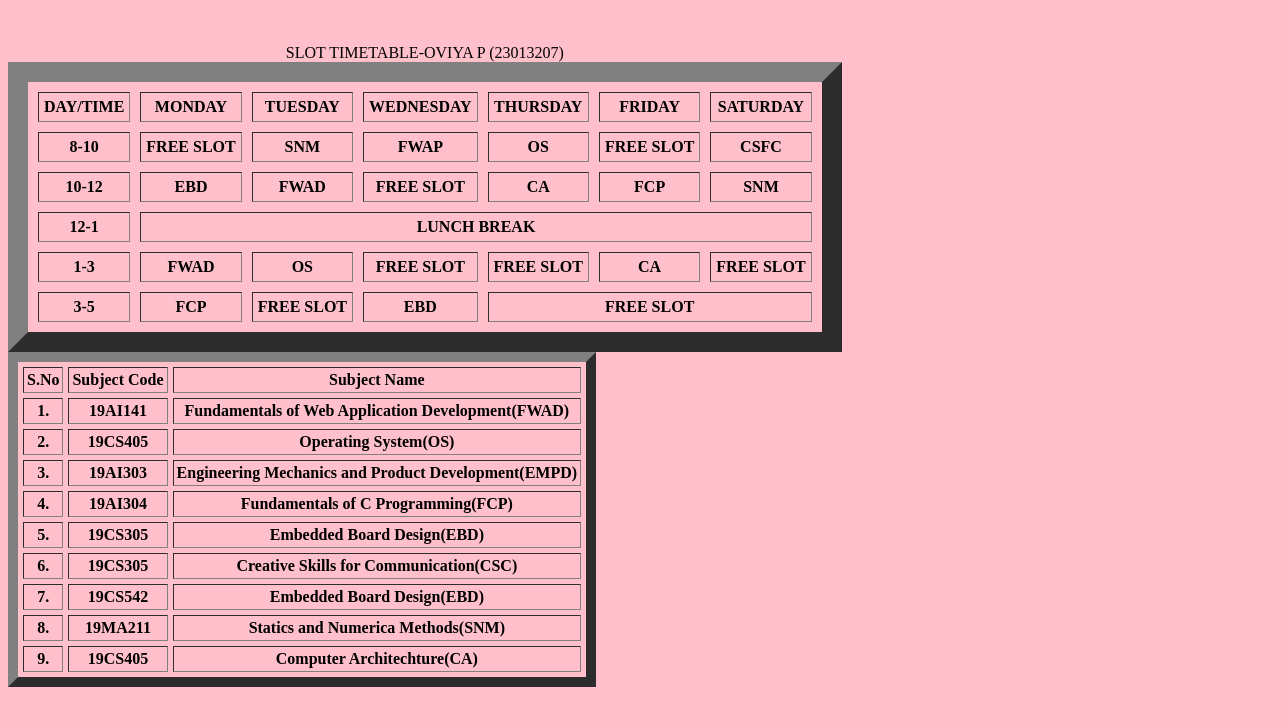
Repository: Oviya24032K6/slot
Page: oviya/static/time.html
The author's editor kept a copy of each file at every save. The page is drawn from the files as they stood at one save, then again after the next save.
The browser window is 1280 px wide. The pictures show the whole page.

Above is the page before, as saved 2024-03-13 15:36:24.

### oviya/static/time.html
<html>
    <head>
        <title>SLOT TIMETABLE-OVIYA P (23013207)</title>
    </head>
    <body bgcolor="pink" align="center" >
    <table align="left" border="20" cellspacing="10" cellpadding="5">
    <caption>SLOT TIMETABLE-OVIYA P (23013207)</caption>
        <tr>
            <th>DAY/TIME</th>
            <th>MONDAY</th>
            <th>TUESDAY</th>
            <th>WEDNESDAY</th>
            <th>THURSDAY</th>
            <th>FRIDAY</th>
            <th>SATURDAY</th>
        </tr>
        <tr>
            <th>8-10</th>
            <th>FREE SLOT</th>
            <th>SNM</th>
            <th>FWAP</th>
            <th>OS</th>
            <th>FREE SLOT</th>
            <th>CSFC</th>
        </tr>
        <tr>
            <th>10-12</th>
            <th>EBD</th>
            <th>FWAD</th>
            <th>FREE SLOT</th>
            <th>CA</th>
            <th>FCP</th>
            <th>SNM</th>
        </tr>
        <tr>
            <th>12-1</th>
            <th colspan="6">LUNCH BREAK</th>
        </tr>
        <tr>
            <th>1-3</th>
            <th>FWAD</th>
            <th>OS</th>
            <th>FREE SLOT</th>
            <th>FREE SLOT</th>
            <th>CA</th>
            <th>FREE SLOT</th>
        </tr>
        <tr>
            <th>3-5</th>
            <th>FCP</th>
            <th>FREE SLOT</th>
            <th>EBD</th>
            <th colspan="4">FREE SLOT</th>
        </tr>
    <br>
    <br>
    <table align="left" border="10" cellspacing="5" cellpadding="3">
        <tr>
            <th>S.No</th>
            <th>Subject Code</th>
            <th>Subject Name</th>
        </tr>
        <tr>
            <th>1.</th>
            <th>19AI141</th>
            <th>Fundamentals of Web Application Development(FWAD)</th>
        </tr>
        <tr>
            <th>2.</th>
            <th>19CS405</th>
            <th>Operating System(OS)</th>
        </tr>
        <tr>
            <th>3.</th>
            <th>19AI303</th>
            <th>Engineering Mechanics and Product Development(EMPD)</th>
        </tr>
        <tr>
            <th>4.</th>
            <th>19AI304</th>
            <th>Fundamentals of C Programming(FCP)</th>
        </tr>
        <tr>
            <th>5.</th>
            <th>19CS305</th>
            <th>Embedded Board Design(EBD)</th>
        </tr>
        <tr>
            <th>6.</th>
            <th>19CS305</th>
            <th>Creative Skills for Communication(CSC)</th>
        </tr>
        <tr>
            <th>7.</th>
            <th>19CS542</th>
            <th>Embedded Board Design(EBD)</th>
        </tr>
        <tr>
            <th>8.</th>
            <th>19MA211</th>
            <th>Statics and Numerica Methods(SNM)</th>
        </tr>
        <tr>
            <th>9.</th>
            <th>19CS405</th>
            <th>Computer Architechture(CA)</th>
        </tr>
    </table>
</html>
</html>

After the next save:
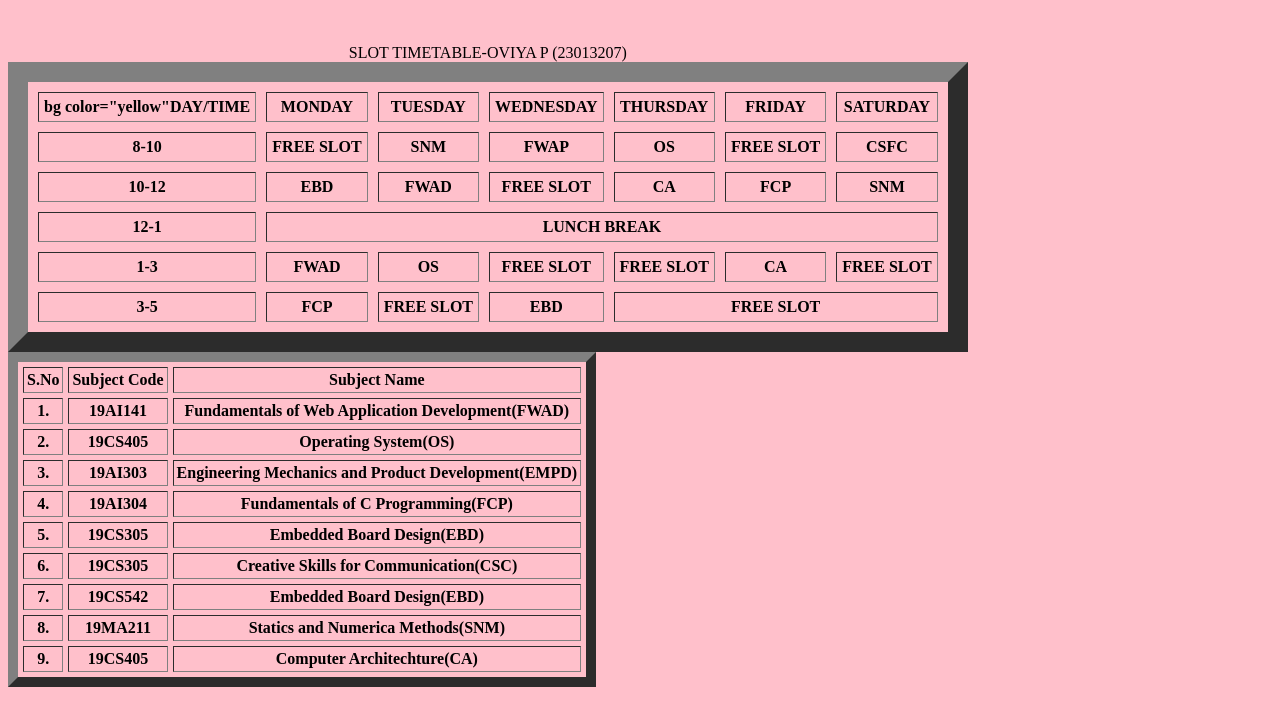
Saved 110 min 29 s later.
--- a/oviya/static/time.html
+++ b/oviya/static/time.html
@@ -6,7 +6,7 @@
     <table align="left" border="20" cellspacing="10" cellpadding="5">
     <caption>SLOT TIMETABLE-OVIYA P (23013207)</caption>
         <tr>
-            <th>DAY/TIME</th>
+            <th>bg color="yellow"DAY/TIME</th>
             <th>MONDAY</th>
             <th>TUESDAY</th>
             <th>WEDNESDAY</th>

After the save that followed:
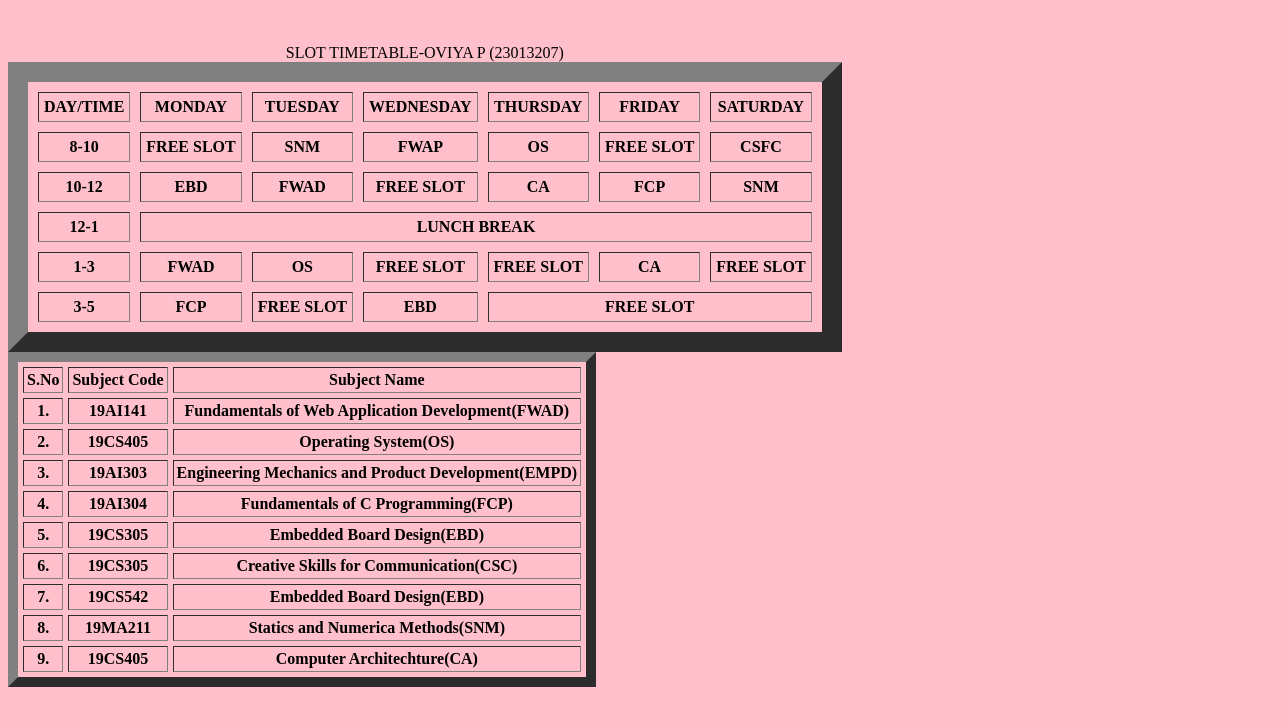
Saved 35 s later.
--- a/oviya/static/time.html
+++ b/oviya/static/time.html
@@ -6,7 +6,7 @@
     <table align="left" border="20" cellspacing="10" cellpadding="5">
     <caption>SLOT TIMETABLE-OVIYA P (23013207)</caption>
         <tr>
-            <th>bg color="yellow"DAY/TIME</th>
+            <th bg color="yellow">DAY/TIME</th>
             <th>MONDAY</th>
             <th>TUESDAY</th>
             <th>WEDNESDAY</th>
